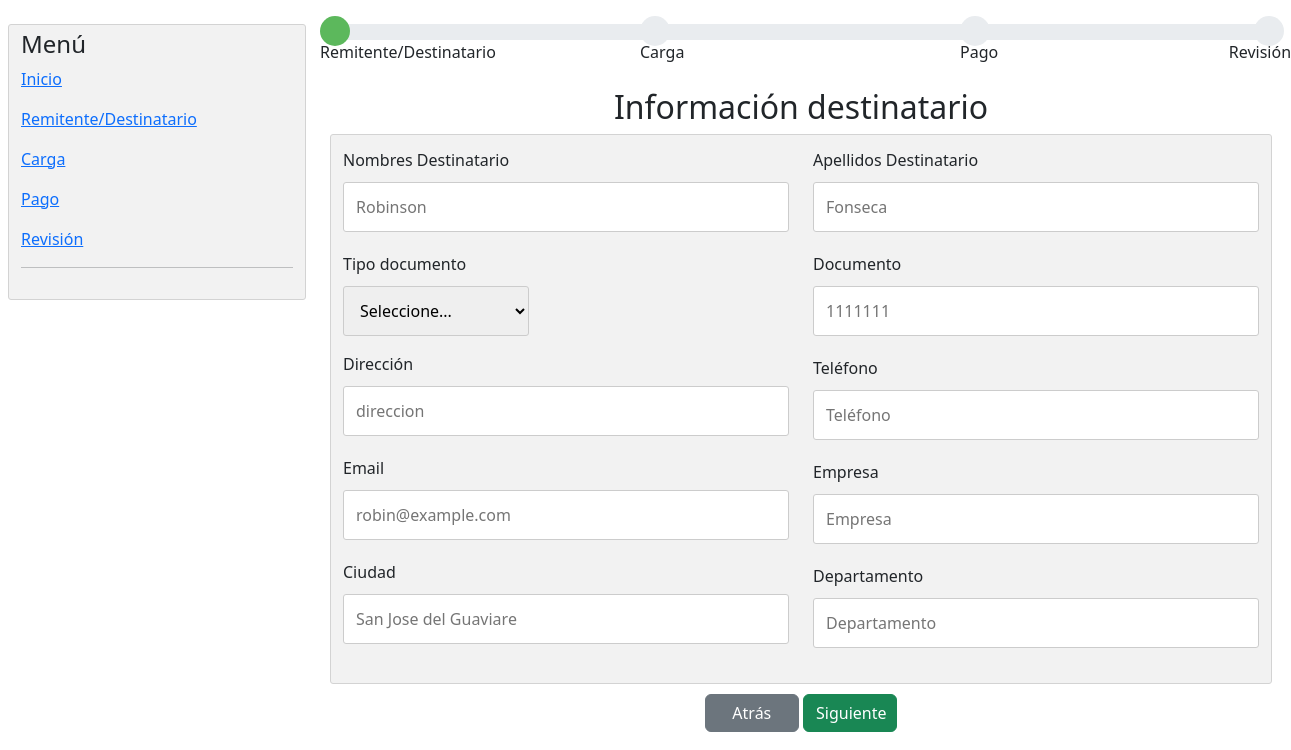
Repository: SennovaFluvial/Trasnfluvial
Page: appFluvial/templates/card1pago.html
The author's editor kept a copy of each file at every save. The page is drawn from the files as they stood at one save, then again after the next save.
The browser window is 1280 px wide. The page is 1291 px wide, so the pictures cover 1291 px, including what lies to the right of the window. The pictures show the whole page.
The template is drawn by Django 3.2. The application's start-up code is not run. The template is opened directly, without the code that normally fills it, so the values that code supplies are empty.

Above is the page before, as saved 2023-10-20 22:37:02.

After the next save:
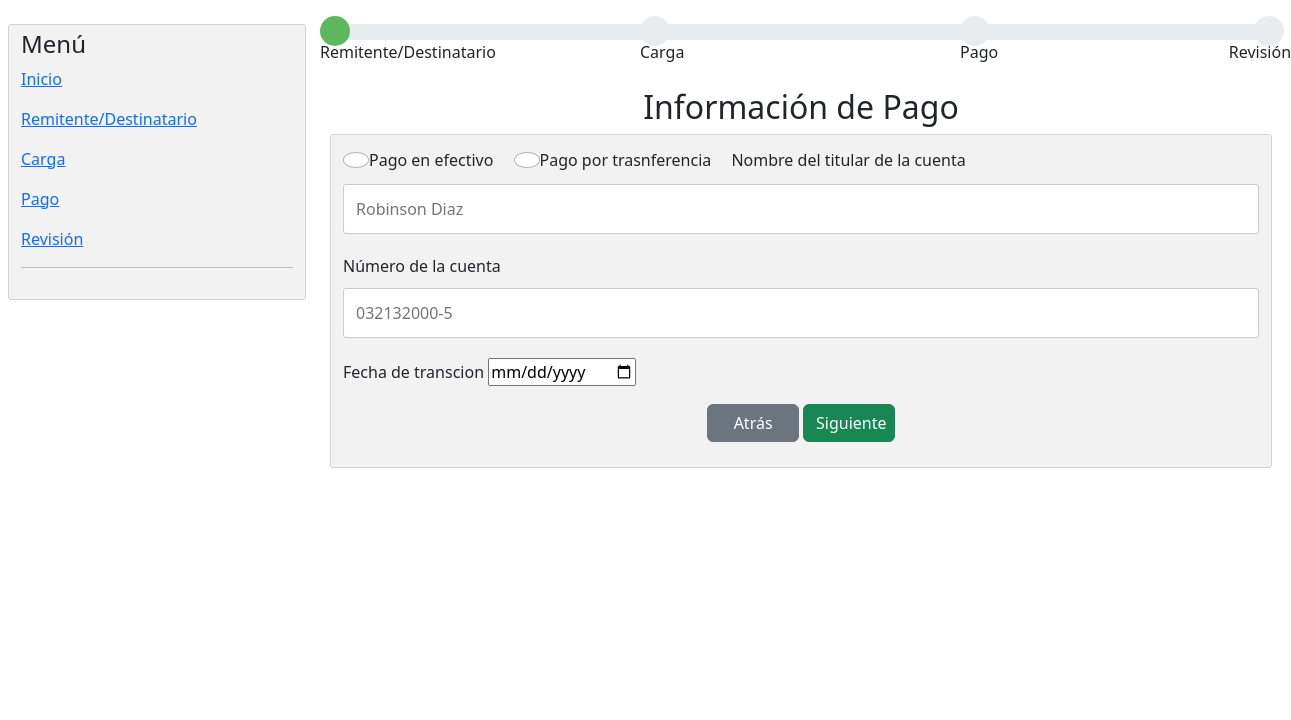
Saved 12 min 9 s later.
--- a/appFluvial/templates/card1pago.html
+++ b/appFluvial/templates/card1pago.html
@@ -204,7 +204,7 @@ span.price {
     <br>
     <!-- -*****************************************END**********************************************-->
     <div class="text-center">
-      <h2>Información destinatario</h2>
+      <h2>Información de Pago</h2>
     </div>
     <div class="container">
       <form method="post">
@@ -213,41 +213,29 @@ span.price {
           <div class="col-50">
             <h3>  </h3>
 
-            <label for="dfname"><i class="fa fa-user"></i> Nombres Destinatario</label>
-            <input type="text" id="dfname" name="dfname" placeholder="Robinson">
-            <div class="col-md-5 mb-3">
-                <label for="dtipodocumento">Tipo documento</label>
-                <select class="custom-select d-block w-100" id="dtipodocumento" required="">
-                  <option value="">Seleccione...</option>
-                  <option>CC</option>
-                  <option>CE</option>
-                  <option>Pasaporte</option>
-                </select>
+
+            <div class="form-group col form-check form-check-inline">
+                <label for="pagoefectivo">Pago en efectivo</label>
+                <input type="radio" class="form-control form-check-input" id="pagoefectivo">
             </div>
 
-            <label for="dadr"><i class="fa fa-address-card-o"></i> Dirección</label>
-            <input type="text" id="dadr" name="dadr" placeholder="direccion">
-            <label for="demail"><i class="fa fa-envelope"></i> Email</label>
-            <input type="text" id="demail" name="demail" placeholder="robin@example.com">
-            <label for="dcity"><i class="fa fa-institution"></i> Ciudad</label>
-            <input type="text" id="dcity" name="dcity" placeholder="San Jose del Guaviare">
+            <div class="form-group col form-check form-check-inline">
+                <label for="pagotransferecia">Pago por trasnferencia</label>
+                <input type="radio" class="form-control form-check-input" id="pagotransferecia">
+            </div>
+
+            <label for="titularcuenta"><i class="fa fa-envelope"></i> Nombre del titular de la cuenta</label>
+            <input type="text" id="titularcuenta" name="titularcuenta" placeholder="Robinson Diaz">
+
+            <label for="numerocuenta"><i class="fa fa-institution"></i> Número de la cuenta</label>
+            <input type="text" id="numerocuenta" name="numerocuenta" placeholder="032132000-5">
+
+            <label for="fechatransacion"><i class="fa fa-institution"></i> Fecha de transcion</label>
+            <input type="date" id="fechatransacion" name="fechatransacion">
 
           </div>
 
-          <div class="col-50">
-            <h3>  </h3>
-            <label for="dapellidos">Apellidos Destinatario</label>
-            <input type="text" id="dapellidos" name="dapellidos" placeholder="Fonseca">
-            <label for="ddocumento">Documento</label>
-            <input type="text" id="ddocumento" name="ddocumento" placeholder="1111111">
-            <label for="dtelefono">Teléfono</label>
-            <input type="text" id="dtelefono" name="dtelefono" placeholder="Teléfono">
-            <label for="dempresa">Empresa</label>
-            <input type="text" id="dempresa" name="dempresa" placeholder="Empresa">
-            <label for="ddep">Departamento</label>
-            <input type="text" id="ddep" name="ddep" placeholder="Departamento">
-            </div>
-          </div>
+
 
         </div>
         <div class="text-center">
